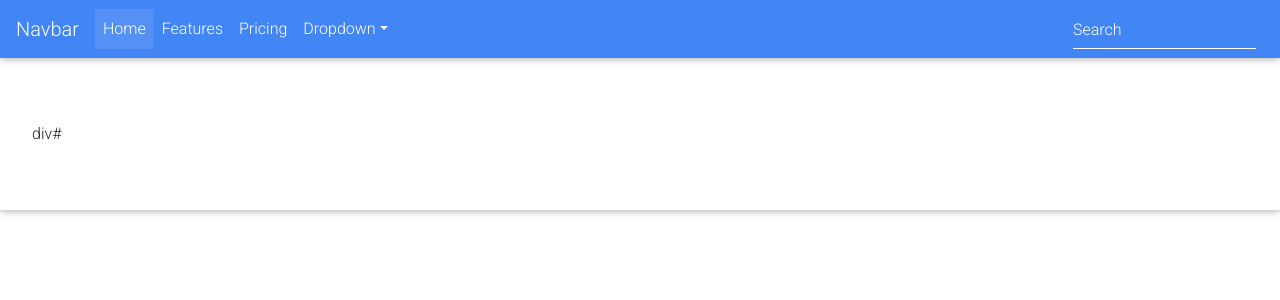
Repository: nicolasolo/bitesizecoding.space
Page: index.html
The author's editor kept a copy of each file at every save. The page is drawn from the files as they stood at one save, then again after a run of saves.
The browser window is 1280 px wide. The pictures show the whole page.
Some web libraries are served in a nearby version.

Above is the page before, as saved 2020-04-14 12:52:13.

### index.html
<!DOCTYPE html>
<html lang="en">
<head>
    <meta charset="UTF-8">
    <meta name="viewport" content="width=device-width, initial-scale=1.0">
    <title>Trincu-Andrei</title>
    <link rel="stylesheet" href="https://use.fontawesome.com/releases/v5.11.2/css/all.css">
    <!-- Google Fonts Roboto -->
    <link rel="stylesheet" href="https://fonts.googleapis.com/css?family=Roboto:300,400,500,700&display=swap">
    <!-- Bootstrap core CSS -->
    <link rel="stylesheet" href="css/bootstrap.min.css">
    <!-- Material Design Bootstrap -->
    <link rel="stylesheet" href="css/mdb.min.css">
    <!-- Your custom styles (optional) -->
    <link rel="stylesheet" href="css/style.css">

  </head>
<body>
<header>
<!--Navbar-->
<nav class="navbar navbar-expand-lg navbar-dark primary-color">
  <!-- Navbar brand -->
  <a class="navbar-brand" href="#">Navbar</a>
  <!-- Collapse button -->
  <button class="navbar-toggler" type="button" data-toggle="collapse" data-target="#basicExampleNav"
    aria-controls="basicExampleNav" aria-expanded="false" aria-label="Toggle navigation">
    <span class="navbar-toggler-icon"></span>
  </button>
  <!-- Collapsible content -->
  <div class="collapse navbar-collapse" id="basicExampleNav">
    <!-- Links -->
    <ul class="navbar-nav mr-auto">
      <li class="nav-item active">
        <a class="nav-link" href="#">Home
          <span class="sr-only">(current)</span>
        </a>
      </li>
      <li class="nav-item">
        <a class="nav-link" href="#">Features</a>
      </li>
      <li class="nav-item">
        <a class="nav-link" href="#">Pricing</a>
      </li>
      <!-- Dropdown -->
      <li class="nav-item dropdown multi-level-dropdown">
        <a href="#" id="menu" data-toggle="dropdown" class="nav-link dropdown-toggle w-100">Dropdown</a>
        <ul class="dropdown-menu mt-2 rounded-0 primary-color border-0 z-depth-1">
          <li class="dropdown-item dropdown-submenu p-0">
            <a href="#" data-toggle="dropdown" class="dropdown-toggle text-white w-100">Click Me Too! </a>
            <ul class="dropdown-menu ml-2 rounded-0 primary-color border-0 z-depth-1">
              <li class="dropdown-item p-0">
                <a href="#" class="text-white w-100">Hey</a>
              </li>
              <li class="dropdown-item p-0">
                <a href="#" class="text-white w-100">Hi</a>
              </li>
              <li class="dropdown-item dropdown-submenu p-0">
                <a href="#" data-toggle="dropdown" class="dropdown-toggle text-white w-100">Hello </a>
                <ul class="dropdown-menu mr-2 rounded-0 primary-color border-0 z-depth-1 r-100 ">
                  <li class="dropdown-item p-0">
                    <a href="#" class="text-white w-100">Some</a>
                  </li>
                  <li class="dropdown-item p-0">
                    <a href="#" class="text-white w-100">Text</a>
                  </li>
                </ul>
              </li>
            </ul>
          </li>
          <li class="dropdown-item dropdown-submenu">
            <a href="#" data-toggle="dropdown" class="dropdown-toggle text-white w-100">Click me </a>
            <ul class="dropdown-menu mr-2 rounded-0  primary-color border-0 z-depth-1 r-100 ">
              <li class="dropdown-item p-0">
                <a href="#" class="text-white w-100">How</a>
              </li>
              <li class="dropdown-item p-0">
                <a href="#" class="text-white w-100">are</a>
              </li>
              <li class="dropdown-item p-0">
                <a href="#" class="text-white w-100">you </a>
              </li>
            </ul>
          </li>
        </ul>
      </li>
    </ul>
    <!-- Links -->
    <form class="form-inline">
      <div class="md-form my-0">
        <input class="form-control mr-sm-2" type="text" placeholder="Search" aria-label="Search">
      </div>
    </form>
  </div>
  <!-- Collapsible content -->
</nav>
<!--/.Navbar-->
</header>
<!-- Jumbotron -->
<!--codul va fi scris aici-->
<div class="jumbotron"
<!--Jumbotron -->
div#
<!-- Footer-->
<!--navigation -> Footer-->


  <!-- jQuery -->
  <script type="text/javascript" src="js/jquery.min.js"></script>
  <!-- Bootstrap tooltips -->
  <script type="text/javascript" src="js/popper.min.js"></script>
  <!-- Bootstrap core JavaScript -->
  <script type="text/javascript" src="js/bootstrap.min.js"></script>
  <!-- MDB core JavaScript -->
  <script type="text/javascript" src="js/mdb.min.js"></script>
  <!-- Your custom scripts (optional) -->
  <script type="text/javascript"></script>

</body>
</html>

Loaded but not shown: css/bootstrap.min.css (library); css/mdb.min.css (library); js/jquery.min.js (library); js/popper.min.js (library); js/bootstrap.min.js (library); js/mdb.min.js (library); css/style.css (no stored copy; drawn as an empty file)

After the next 3 saves:
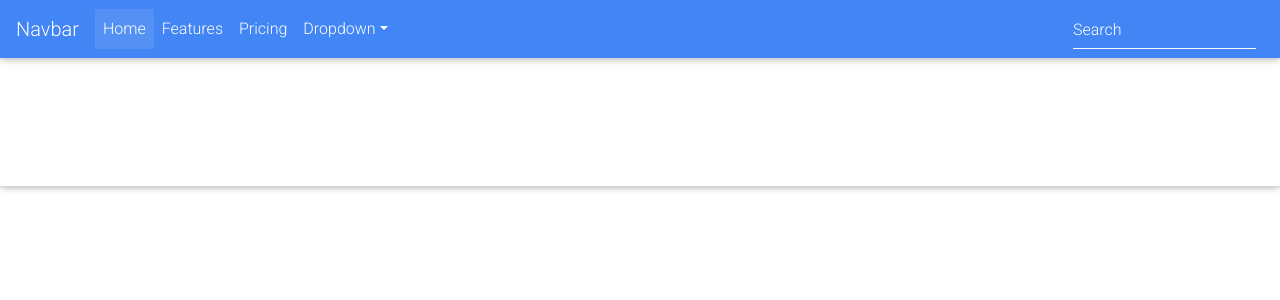
The 3 saves are shown as one change because they came seconds apart.
The last was saved 15 s later.
--- a/index.html
+++ b/index.html
@@ -99,7 +99,7 @@
 <!--codul va fi scris aici-->
 <div class="jumbotron"
 <!--Jumbotron -->
-div#
+<div id="jumbotron"></div>
 <!-- Footer-->
 <!--navigation -> Footer-->
 

After the save that followed:
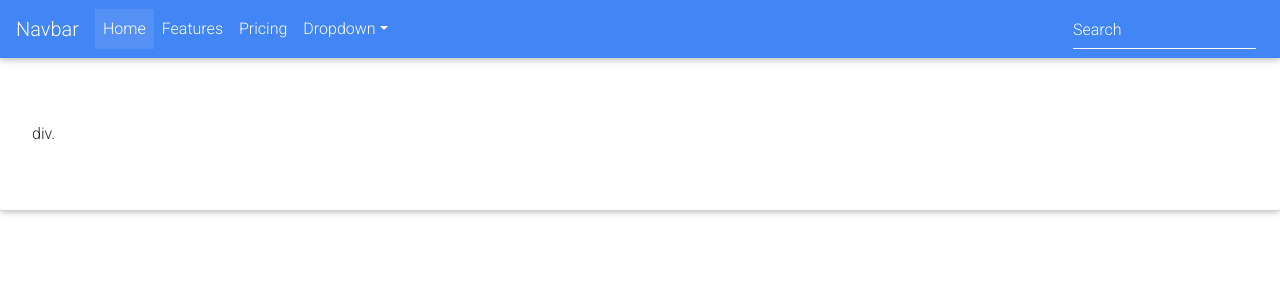
Saved 13 s later.
--- a/index.html
+++ b/index.html
@@ -99,7 +99,7 @@
 <!--codul va fi scris aici-->
 <div class="jumbotron"
 <!--Jumbotron -->
-<div id="jumbotron"></div>
+div.
 <!-- Footer-->
 <!--navigation -> Footer-->
 
